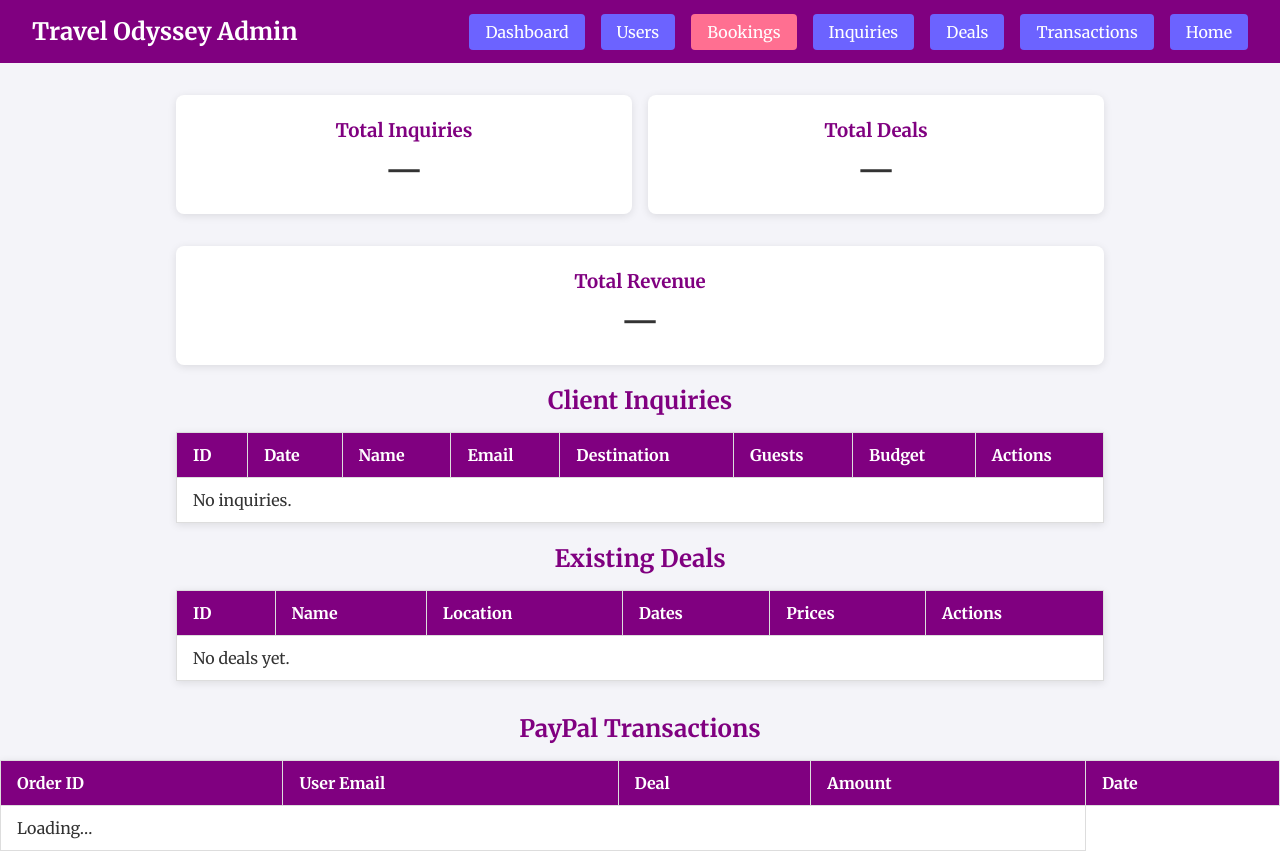
Repository: GHzPhoenix/Project-Odyssey
Page: Frontend/admin-bookings.html
These files come from the project's save history. The page is drawn as it stood at one moment and after the next save; the edit follows.
The browser window is 1280 px wide. The pictures show the whole page.
The page's requests for data from a server got no answer.

Above is the page before, as saved 2025-07-10 09:31:12.

### Frontend/admin-bookings.html
<!DOCTYPE html>
<html lang="en">
  <head>
    <meta charset="UTF-8" />
    <meta name="viewport" content="width=device-width,initial-scale=1.0" />
    <title>Admin Dashboard – Travel Odyssey</title>
    <link rel="stylesheet" href="/Frontend/css/admin.css" />
    <style>
      .kpi-container {
        display: flex;
        gap: 1rem;
        margin: 2rem 0;
        justify-content: center;
      }
      .kpi-card {
        flex: 1;
        background: white;
        padding: 1.5rem;
        border-radius: 8px;
        box-shadow: 0 2px 8px rgba(0, 0, 0, 0.1);
        text-align: center;
      }
      .kpi-card h3 {
        margin-bottom: 0.5rem;
        color: purple;
      }
      .kpi-card p {
        font-size: 2rem;
        font-weight: bold;
      }
    </style>
  </head>
  <body>
    <header>
      <nav>
        <div class="logo">Travel Odyssey Admin</div>
        <ul>
          <li><a href="admin.html">Dashboard</a></li>
          <li><a href="admin-users.html">Users</a></li>
          <li><a href="admin-bookings.html" class="active">Bookings</a></li>
          <li><a href="inquiries.html">Inquiries</a></li>
          <li><a href="add-deal.html">Deals</a></li>
          <li><a href="transactions.html">Transactions</a></li>
          <li><a href="index.html">Home</a></li>
        </ul>
      </nav>
    </header>

    <main>
      <div class="kpi-container">
        <div class="kpi-card">
          <h3>Total Inquiries</h3>
          <p id="kpi-inquiries">–</p>
        </div>
        <div class="kpi-card">
          <h3>Total Deals</h3>
          <p id="kpi-deals">–</p>
        </div>
      </div>
      <div class="kpi-card">
        <h3>Total Revenue</h3>
        <p id="kpi-revenue">–</p>
      </div>
      <br />
      <h2 class="section">Client Inquiries</h2>
      <table id="inquiries-table">
        <thead>
          <tr>
            <th>ID</th>
            <th>Date</th>
            <th>Name</th>
            <th>Email</th>
            <th>Destination</th>
            <th>Guests</th>
            <th>Budget</th>
            <th>Actions</th>
          </tr>
        </thead>
        <tbody>
          <tr>
            <td colspan="7">Loading…</td>
          </tr>
        </tbody>
      </table>
      <br />
      <h2 class="section">Existing Deals</h2>
      <table id="deals-table">
        <thead>
          <tr>
            <th>ID</th>
            <th>Name</th>
            <th>Location</th>
            <th>Dates</th>
            <th>Prices</th>
            <th>Actions</th>
          </tr>
        </thead>
        <tbody>
          <tr>
            <td colspan="5">Loading…</td>
          </tr>
        </tbody>
      </table>
    </main>

    <div id="deal-modal" class="modal-overlay">
      <div class="modal">
        <h2>Edit / Create Deal</h2>
        <form id="modal-form">
          <div class="input-group">
            <label>Name</label>
            <input type="text" name="name" required />
          </div>
          <div class="input-group">
            <label>Location</label>
            <input type="text" name="location" required />
          </div>
          <div class="input-group">
            <label>Activities</label>
            <input type="text" name="activities" required />
          </div>
          <div class="input-group">
            <label>Start Date</label>
            <input type="date" name="start_date" required />
          </div>
          <div class="input-group">
            <label>End Date</label>
            <input type="date" name="end_date" required />
          </div>
          <div class="input-group">
            <label>Price (€)</label>
            <input
              type="number"
              name="price"
              required
              min="0"
              step="0.01"
              placeholder="e.g. 199.99"
            />
          </div>
          <div class="input-group file-input-group">
            <label for="modal-image-input" class="file-input-btn">
              📁 Choose Image
            </label>
            <input type="file" id="modal-image-input" accept="image/*" />
            <span id="modal-file-chosen">No file chosen</span>
          </div>
          <div class="modal-actions">
            <button type="button" id="modal-cancel">Cancel</button>
            <button type="submit" id="modal-save">Save</button>
          </div>
        </form>
      </div>
    </div>

    <div class="transactions-section">
      <h2 class="section">PayPal Transactions</h2>
      <table id="transactions-table">
        <thead>
          <tr>
            <th>Order ID</th>
            <th>User Email</th>
            <th>Deal</th>
            <th>Amount</th>
            <th>Date</th>
          </tr>
        </thead>

        <tbody>
          <tr>
            <td colspan="4">Loading…</td>
          </tr>
        </tbody>
      </table>
    </div>

    <script>
      const token = localStorage.getItem("token") || "";
      let inquiries = [],
        deals = [],
        editingId = null,
        editingImageURL = "";

      async function fetchJSON(url, opts = {}) {
        opts.headers = {
          ...(opts.headers || {}),
          "Content-Type": "application/json",
          Authorization: "Bearer " + token,
        };
        const res = await fetch(url, opts);
        if (!res.ok) throw await res.json();
        return res.json();
      }

      async function loadDashboard() {
        try {
          inquiries = await fetchJSON("http://127.0.0.1:5001/api/inquiries");
          document.getElementById("kpi-inquiries").textContent =
            inquiries.length;
        } catch {
          document.getElementById("kpi-inquiries").textContent = "—";
        }
        try {
          deals = await fetchJSON("http://127.0.0.1:5001/api/deals");
          document.getElementById("kpi-deals").textContent = deals.length;
        } catch {
          document.getElementById("kpi-deals").textContent = "—";
        }
        try {
          const txns = await fetchJSON(
            "http://127.0.0.1:5001/api/paypal/transactions"
          );
          let total = 0;
          const tbodyT = document.querySelector("#transactions-table tbody");

          tbodyT.innerHTML = txns.length
            ? txns
                .map((o) => {
                  total += parseFloat(o.amount);
                  const d = new Date(o.create_time).toLocaleString();
                  return `
          <tr>
            <td>${o.id}</td>
            <td>${o.user_email}</td>
            <td>${o.deal_name}</td>
            <td>€${Number(o.amount).toFixed(2)}</td>
            <td>${d}</td>
          </tr>`;
                })
                .join("")
            : "<tr><td colspan='5'>No transactions.</td></tr>";

          document.getElementById("kpi-revenue").textContent =
            "€" + total.toFixed(2);
        } catch {
          document.getElementById("kpi-revenue").textContent = "—";
        }

        const inTbody = document.querySelector("#inquiries-table tbody");
        if (!inquiries.length) {
          inTbody.innerHTML = "<tr><td colspan='8'>No inquiries.</td></tr>";
        } else {
          inTbody.innerHTML = inquiries
            .map((i, idx) => {
              const date = new Date(i.created_at).toLocaleDateString();
              const budget =
                i.budget != null ? `€${Number(i.budget).toFixed(2)}` : "—";
              return `<tr>
          <td>${i.id}</td>
          <td>${date}</td>
          <td>${i.name}</td>
          <td>${i.email}</td>
          <td>${i.destination}</td>
          <td>${i.guests}</td>
          <td>${budget}</td>
          <td>
            <button class="action create-from-inquiry" data-idx="${idx}">
              Create Deal
            </button>
          </td>
        </tr>`;
            })
            .join("");
        }

        const dTbody = document.querySelector("#deals-table tbody");
        if (!deals.length) {
          dTbody.innerHTML = "<tr><td colspan='6'>No deals yet.</td></tr>";
        } else {
          dTbody.innerHTML = deals
            .map((d) => {
              const from = new Date(d.start_date).toLocaleDateString();
              const to = new Date(d.end_date).toLocaleDateString();
              const price =
                d.price != null ? `€${Number(d.price).toFixed(2)}` : "—";
              return `<tr data-id="${d.id}">
          <td>${d.id}</td>
          <td>${d.name}</td>
          <td>${d.location}</td>
          <td>${from} – ${to}</td>
          <td>${price}</td>
          <td>
            <button class="action edit-deal">Edit</button>
            <button class="action delete-deal">Delete</button>
          </td>
        </tr>`;
            })
            .join("");
        }

        const modal = document.getElementById("deal-modal");
        const form = document.getElementById("modal-form");
        const cancelBtn = document.getElementById("modal-cancel");
        const fileInput = document.getElementById("modal-image-input");
        const fileLabel = document.getElementById("modal-file-chosen");

        function openModal(deal = null, idx = null) {
          form.reset();
          editingId = deal?.id || null;
          editingImageURL = deal?.image_url || "";

          if (deal) {
            form.name.value = deal.name;
            form.location.value = deal.location;
            form.activities.value = deal.activities;
            form.start_date.value = deal.start_date;
            form.end_date.value = deal.end_date;
            form.price.value = deal.price;
            fileLabel.textContent = editingImageURL
              ? "Using existing image"
              : "No file chosen";
          } else if (idx != null) {
            const inquiry = inquiries[idx];
            form.name.value = inquiry.destination + " Special";
            form.location.value = inquiry.destination;
            form.activities.value = inquiry.preferences || "";
            form.start_date.value = "";
            form.end_date.value = "";
            form.price.value = inquiry.budget || "";
            fileLabel.textContent = "No file chosen";
          }

          modal.classList.add("active");
        }

        document.querySelectorAll(".create-from-inquiry").forEach((btn) => {
          btn.onclick = () => openModal(null, btn.dataset.idx);
        });

        document.querySelectorAll(".edit-deal").forEach((btn) => {
          const id = btn.closest("tr").dataset.id;
          const deal = deals.find((d) => d.id == id);
          btn.onclick = () => openModal(deal);
        });

        document.querySelectorAll(".delete-deal").forEach((btn) => {
          const id = btn.closest("tr").dataset.id;
          btn.onclick = async () => {
            if (!confirm("Delete this deal?")) return;
            try {
              await fetchJSON(`http://127.0.0.1:5001/api/deals/${id}`, {
                method: "DELETE",
              });
              alert("Deleted.");
              loadDashboard();
            } catch (err) {
              alert(err.error || "Delete failed");
            }
          };
        });

        cancelBtn.onclick = () => modal.classList.remove("active");
        document.addEventListener("keydown", (e) => {
          if (e.key === "Escape") modal.classList.remove("active");
        });

        fileInput.onchange = () => {
          fileLabel.textContent = fileInput.files[0]?.name || "No file chosen";
        };

        form.onsubmit = async (e) => {
          e.preventDefault();
          const payload = {
            name: form.name.value.trim(),
            location: form.location.value.trim(),
            activities: form.activities.value.trim(),
            start_date: form.start_date.value,
            end_date: form.end_date.value,
            price: parseFloat(form.price.value),
            image_url: editingImageURL,
          };

          if (fileInput.files.length) {
            payload.image_url = await new Promise((res, rej) => {
              const reader = new FileReader();
              reader.onload = () => res(reader.result);
              reader.onerror = () => rej(reader.error);
              reader.readAsDataURL(fileInput.files[0]);
            });
          }

          try {
            if (editingId) {
              await fetchJSON(`http://127.0.0.1:5001/api/deals/${editingId}`, {
                method: "PUT",
                body: JSON.stringify(payload),
              });
              alert("Deal updated!");
            } else {
              await fetchJSON("http://127.0.0.1:5001/api/deals", {
                method: "POST",
                body: JSON.stringify(payload),
              });
              alert("Deal created!");
            }
            modal.classList.remove("active");
            loadDashboard();
          } catch (err) {
            console.error(err);
            alert("Error: " + (err.error || err.message));
          }
        };
      }

      document.addEventListener("DOMContentLoaded", loadDashboard);
    </script>
  </body>
</html>

### Frontend/css/admin.css
@import url("https://fonts.googleapis.com/css2?family=Merriweather:wght@300;400;700&display=swap");

* {
  box-sizing: border-box;
  margin: 0;
  padding: 0;
}

body {
  font-family: "Merriweather", serif;
  background: #f4f4f9;
  color: #333;
}
.action {
  background: #6c63ff;
  color: white;
  border: none;
  padding: 0.4rem 0.8rem;
  border-radius: 4px;
  cursor: pointer;
  font-size: 0.9rem;
  transition: background 0.2s ease;
}
.action:hover {
  background: #5950d4;
}
.modal-overlay {
  display: none;
  position: fixed;
  inset: 0;
  background: rgba(0, 0, 0, 0.6);
  align-items: center;
  justify-content: center;
  z-index: 1000;
}
.modal-overlay.active {
  display: flex;
}
.modal {
  background: #fff;
  padding: 2rem;
  border-radius: 8px;
  width: 90%;
  max-width: 400px;
  box-shadow: 0 2rem 4rem rgba(0, 0, 0, 0.2);
}
.modal h2 {
  margin-bottom: 1rem;
  color: purple;
}
.modal .input-group {
  margin-bottom: 1rem;
}
.modal label {
  display: block;
  margin-bottom: 0.4rem;
  font-weight: 600;
}
.modal input[type="text"],
.modal input[type="date"] {
  width: 100%;
  padding: 0.5rem;
  border: 1px solid #ccc;
  border-radius: 4px;
}

.modal-actions {
  text-align: right;
  margin-top: 1rem;
}
.modal-actions button {
  background: #6c63ff;
  color: #fff;
  border: none;
  padding: 0.5rem 1rem;
  border-radius: 4px;
  cursor: pointer;
  margin-left: 0.5rem;
  transition: background 0.2s;
}
.modal-actions button#modal-cancel {
  background: #ccc;
  color: #333;
}
.modal-actions button:hover {
  background: #5950d4;
}

header nav {
  background: purple;
  padding: 1rem 2rem;
  display: flex;
  align-items: center;
  justify-content: space-between;
}

header nav .logo {
  color: white;
  font-size: 1.5rem;
  font-weight: bold;
}

header nav ul {
  list-style: none;
  display: flex;
  gap: 1rem;
}

header nav a {
  color: white;
  text-decoration: none;
  padding: 0.5rem 1rem;
  background: #6c63ff;
  border-radius: 4px;
  transition: background 0.2s;
}

header nav a.active,
header nav a:hover {
  background: #ff6f91;
}

main {
  max-width: 960px;
  margin: 2rem auto;
  padding: 0 1rem;
}

h1,
h2 {
  color: purple;
  margin-bottom: 1rem;
  text-align: center;
}

form {
  background: white;
  padding: 2rem;
  border-radius: 8px;
  box-shadow: 0 4px 12px rgba(0, 0, 0, 0.1);
}

form .input-group {
  margin-bottom: 1.25rem;
}

form label {
  display: block;
  margin-bottom: 0.4rem;
  font-weight: 600;
}

form input[type="text"],
form input[type="date"],
form input[type="number"],
form textarea {
  width: 100%;
  padding: 0.6rem;
  border: 1px solid #ccc;
  border-radius: 4px;
  font-size: 1rem;
}

form textarea {
  resize: vertical;
  min-height: 80px;
}

.file-input-label {
  display: inline-block;
  padding: 0.5rem 1rem;
  background: #007bff;
  color: white;
  border-radius: 4px;
  cursor: pointer;
  font-size: 0.9rem;
}

#file-chosen {
  margin-left: 0.5rem;
  font-size: 0.9rem;
  vertical-align: middle;
  color: #555;
}

input[type="file"] {
  display: none;
}

button[type="submit"] {
  background: #0b6623;
  color: white;
  padding: 0.7rem 1.4rem;
  border: none;
  border-radius: 4px;
  font-size: 1rem;
  cursor: pointer;
}

button[type="submit"]:hover {
  background: #095a1a;
}

#deal-message,
#inquiry-message {
  margin-top: 0.75rem;
  font-size: 0.9rem;
}

#deal-message.error,
#inquiry-message.error {
  color: #b00020;
}

#deal-message.success,
#inquiry-message.success {
  color: #0b6623;
}

table {
  width: 100%;
  border-collapse: collapse;
  background: white;
  margin-top: 1rem;
  box-shadow: 0 2px 8px rgba(0, 0, 0, 0.1);
}

th,
td {
  padding: 0.75rem 1rem;
  border: 1px solid #ddd;
  text-align: left;
}

th {
  background: purple;
  color: white;
  font-weight: 600;
}

tr:nth-child(even) td {
  background: #f9f9ff;
}

.inquiry-actions button {
  background: #6c63ff;
  color: white;
  border: none;
  padding: 0.4rem 0.8rem;
  border-radius: 4px;
  cursor: pointer;
  font-size: 0.9rem;
  margin-right: 0.5rem;
}

.inquiry-actions button:hover {
  background: #5950d4;
}

.deal-card {
  background: white;
  border-radius: 8px;
  box-shadow: 0 2px 8px rgba(0, 0, 0, 0.1);
  overflow: hidden;
  margin: 1rem 0;
  display: flex;
}

.deal-card img {
  width: 120px;
  object-fit: cover;
}

.deal-card-body {
  padding: 1rem;
  flex: 1;
}

.deal-card-body h3 {
  margin-bottom: 0.5rem;
}

.deal-card-body p {
  margin-bottom: 0.5rem;
}

.deal-card-body .card-button {
  background: #6c63ff;
  color: white;
  padding: 0.4rem 0.8rem;
  border-radius: 4px;
  text-decoration: none;
}

.deal-card-body .card-button:hover {
  background: #5950d4;
}

.button-link {
  display: inline-block;
  margin-top: 1.5rem;
  color: #6c63ff;
  text-decoration: underline;
}

.file-input-btn {
  display: inline-block;
  background: #6c63ff;
  color: #fff;
  padding: 0.5rem 1rem;
  border-radius: 4px;
  cursor: pointer;
  font-size: 0.9rem;
  transition: background 0.2s;
}
.file-input-btn:hover {
  background: #5950d4;
}

#modal-file-chosen {
  margin-left: 0.75rem;
  font-size: 0.9rem;
  color: #555;
  vertical-align: middle;
}

.file-input-group {
  margin-bottom: 1rem;
}

After the next save:
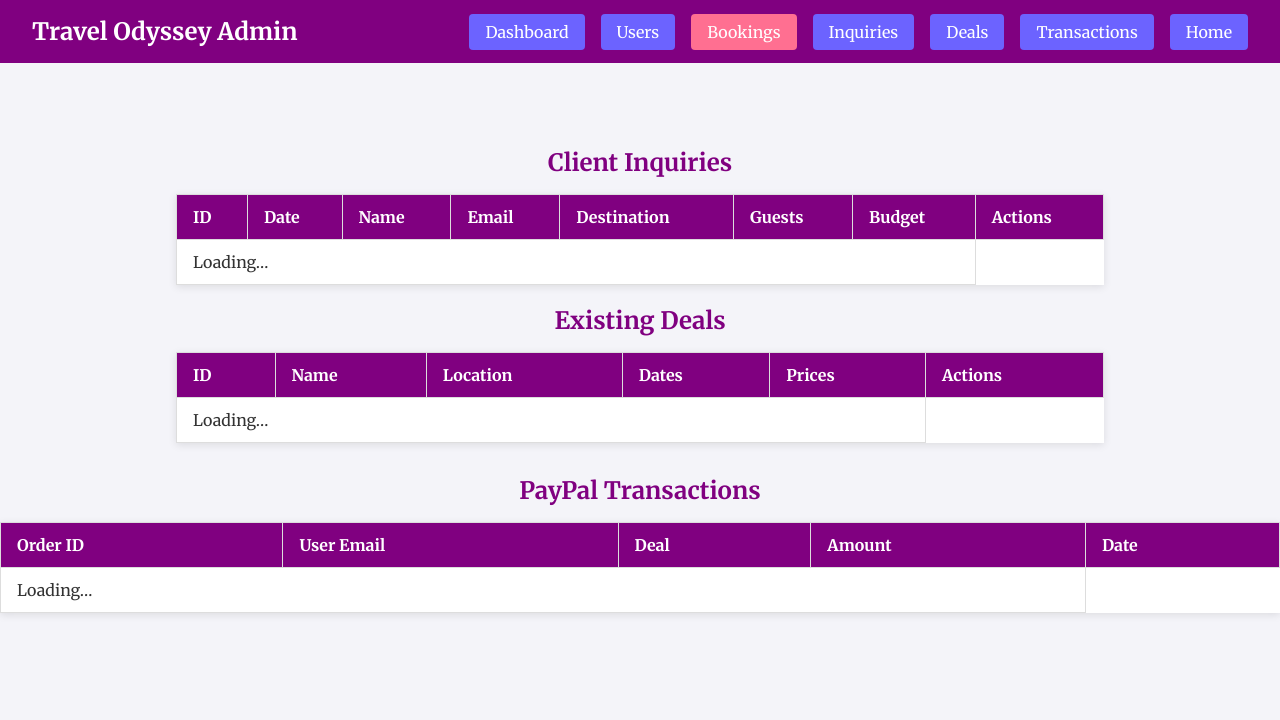
Console error: TypeError: Cannot set properties of null (setting 'textContent')
Saved 64 s later.
--- a/Frontend/admin-bookings.html
+++ b/Frontend/admin-bookings.html
@@ -47,20 +47,8 @@
     </header>
 
     <main>
-      <div class="kpi-container">
-        <div class="kpi-card">
-          <h3>Total Inquiries</h3>
-          <p id="kpi-inquiries">–</p>
-        </div>
-        <div class="kpi-card">
-          <h3>Total Deals</h3>
-          <p id="kpi-deals">–</p>
-        </div>
-      </div>
-      <div class="kpi-card">
-        <h3>Total Revenue</h3>
-        <p id="kpi-revenue">–</p>
-      </div>
+      <div class="kpi-container"></div>
+
       <br />
       <h2 class="section">Client Inquiries</h2>
       <table id="inquiries-table">
